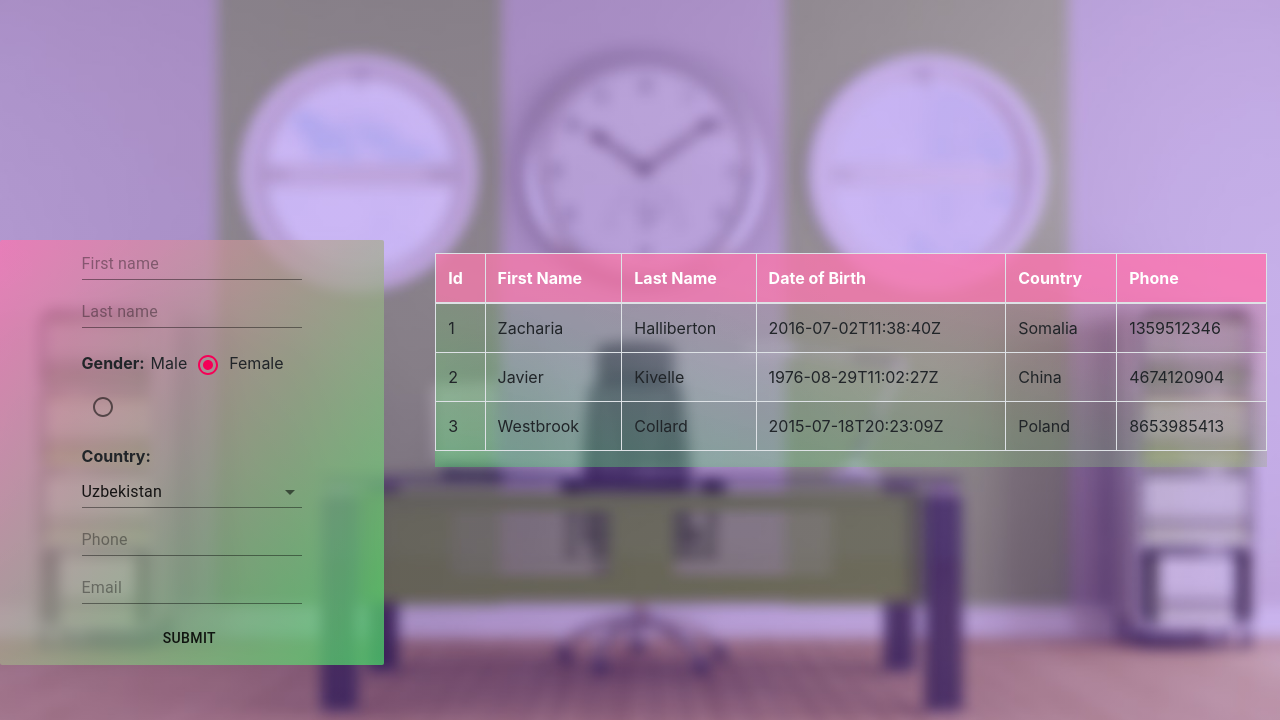
Repository: abrorsaidov/table-table
Page: /
These files come from the project's save history. The page is drawn as it stood at one moment and after the next save; the edit follows.
The browser window is 1280 px wide. The pictures show the whole page.
The project was rebuilt for these pictures with package versions that can differ from the ones it lists, and the page was loaded fresh each time. Also part of the build but not shown: src/components/reducer.js, src/components/state.js, src/components/ComponentC.js.

Above is the page before, as saved 2020-12-08 01:36:03.

After the next save:
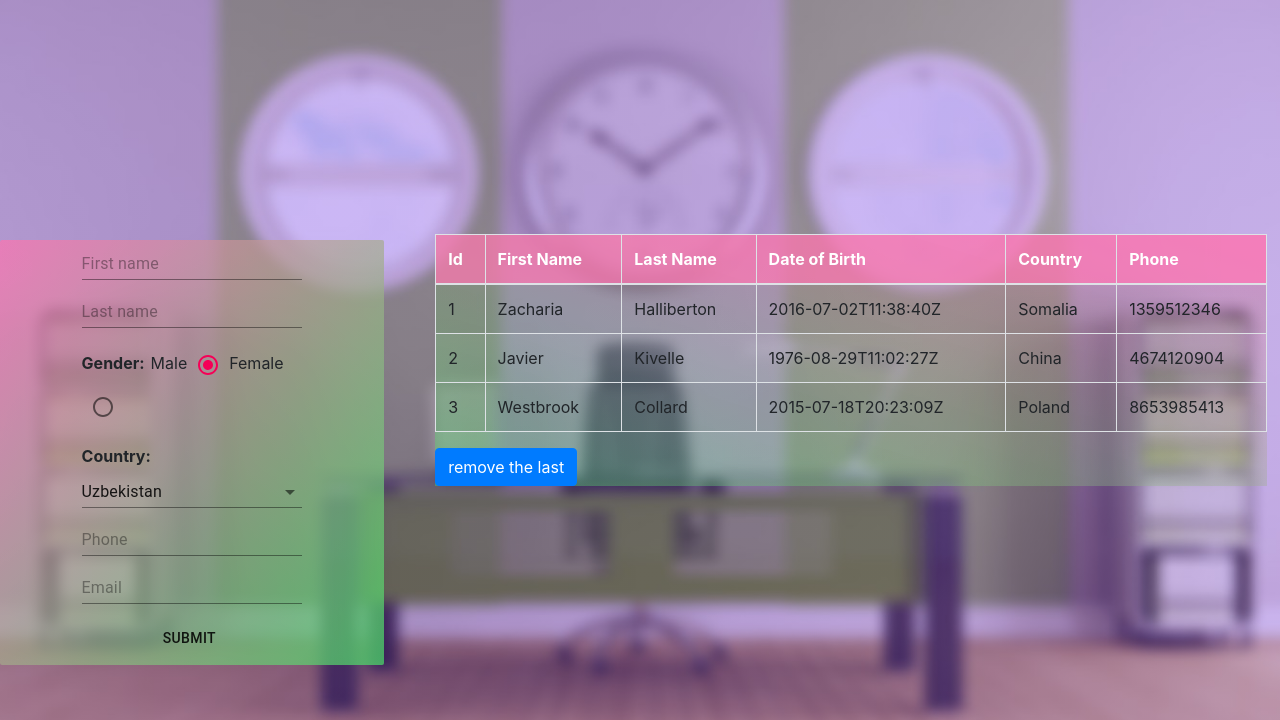
Saved 2 min 20 s later.
--- a/src/components/MyTable.js
+++ b/src/components/MyTable.js
@@ -5,7 +5,7 @@ import { addRow } from "../redux";
 import { useTable } from "react-table";
 import MOCK_DATA from "./MOCK_DATA.json";
 import { COLUMNS } from "./columns";
-import { Table } from "react-bootstrap";
+import { Table, Button } from "react-bootstrap";
 import "bootstrap/dist/css/bootstrap.min.css";
 
 const MyTable = (props) => {
@@ -54,6 +54,7 @@ const MyTable = (props) => {
           })}
         </tbody>
       </Table>
+      <Button onClick={() => data.pop()}>remove the last</Button>
     </div>
   );
 };
